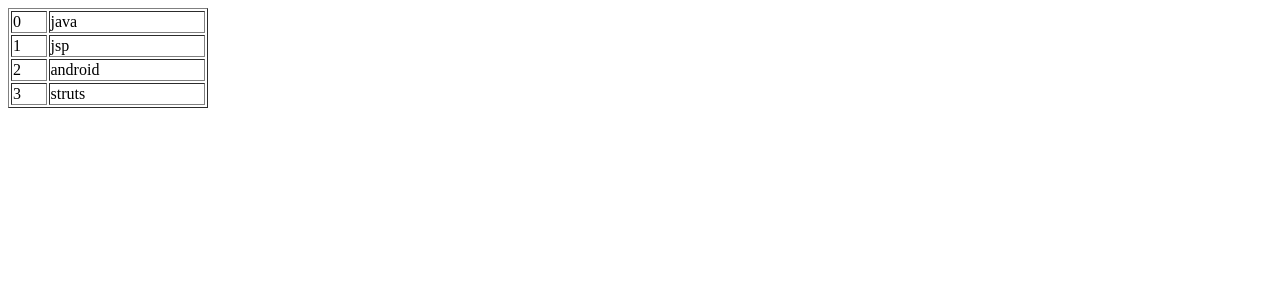
Repository: kimwoongasd/JSPAndServlet
Page: http://localhost/day1220/05_expressionTest.jsp
The author's editor kept a copy of each file at every save. The page is drawn from the files as they stood at one save, then again after the next save.
The browser window is 1280 px wide. The pictures show the whole page.
The page is served by Tomcat 9.

Above is the page before, as saved 2023-12-20 06:36:23.

After the next save:
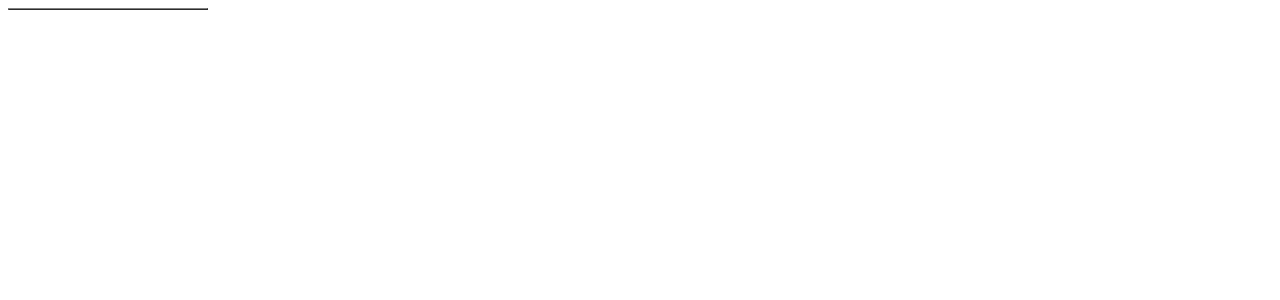
Saved 3 min 35 s later.
--- a/day1220/src/main/webapp/05_expressionTest.jsp
+++ b/day1220/src/main/webapp/05_expressionTest.jsp
@@ -13,12 +13,8 @@
 <table border="1" width="200">
 	<%
 		for(int i = 0; i < name.length; i++) {
-			%>
-			<tr>
-				<td><%=i %></td>
-				<td><%=name[i] %></td>
-			</tr>
-			<%
+			out.print("<tr>");
+			out.print("</tr>");
 		}
 	%>
 </table>

After the 2 saves that followed:
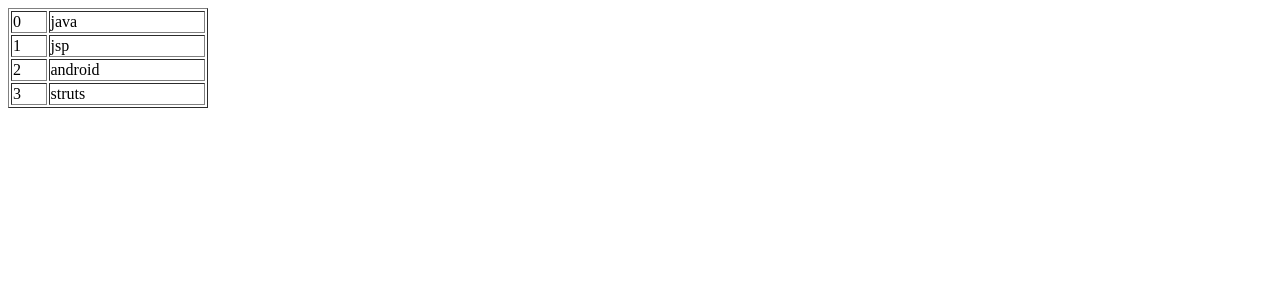
The 2 saves are shown as one change because 1 did not build or start.
The last was saved 56 s later.
--- a/day1220/src/main/webapp/05_expressionTest.jsp
+++ b/day1220/src/main/webapp/05_expressionTest.jsp
@@ -14,6 +14,8 @@
 	<%
 		for(int i = 0; i < name.length; i++) {
 			out.print("<tr>");
+			out.print("<td>"+i+"</td>");
+			out.print("<td>"+name[i]+"</td>");
 			out.print("</tr>");
 		}
 	%>
